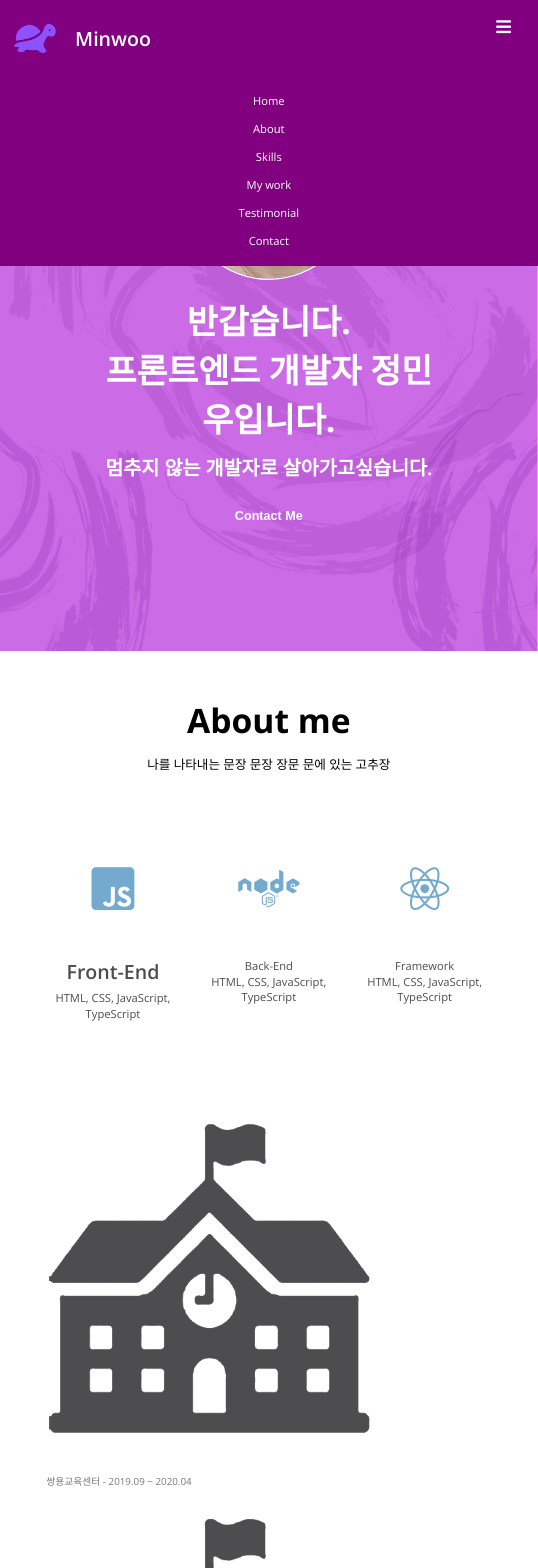
Repository: DevMinwoo-Jung/MinwooPortfolio
Page: index.html
An editor plug-in stored every save of this project. The page is shown before and after the next save, followed by the edit.
The browser window is 768 px wide. The pictures show the part of the page from y = 0 to 2240 px (the page is 6853 px tall), at 70% of full size.
After loading, the first visible `button.navbar__toggle-btn` was clicked once.

Above is the page before, as saved 2021-06-05 15:25:55.

After the next save:
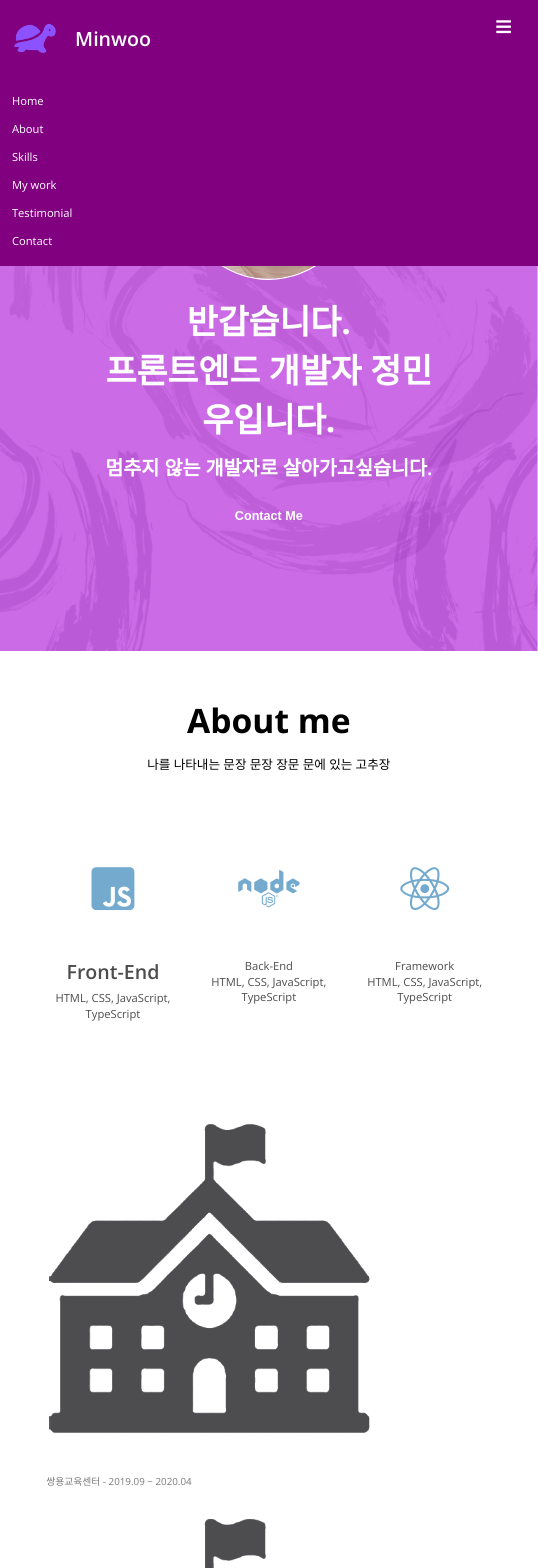
Saved 2 min 4 s later.
--- a/style.css
+++ b/style.css
@@ -539,7 +539,7 @@ button {
     transition: all var(--animation-duration) ease-in;
   }
 
-  .navbar__menu--show {
+  .navbar__menu.show {
     flex-direction: column;
     text-align: center;
     width: 100%;
